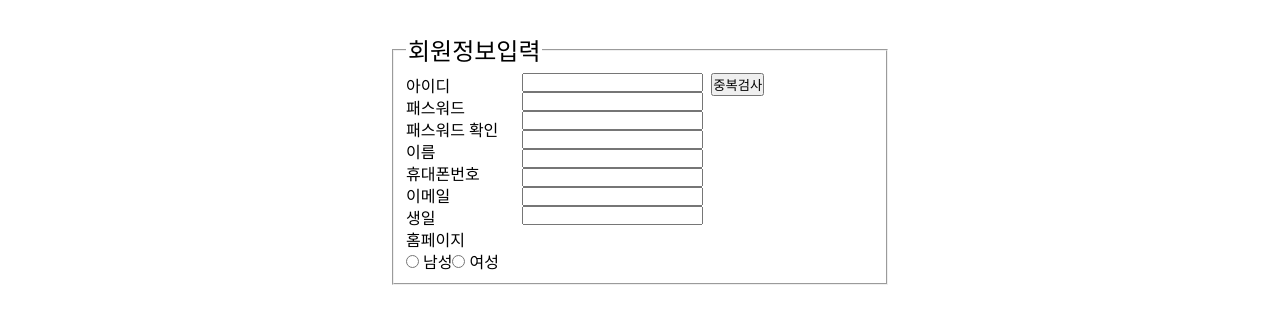
Repository: saysang22/servlet
Page: http://localhost/BookMarket/validationExample.jsp
These files come from the project's save history. The page is drawn as it stood at one moment and after the next save; the edit follows.
The browser window is 1280 px wide. The pictures show the whole page.
The page is served by Tomcat 10. Other server files are loaded and not shown.

Above is the page before, as saved 2024-05-31 08:07:19.
Console error: ReferenceError: signup is not defined

### BookMarket/src/main/webapp/validationExample.jsp
<%@ page language="java" contentType="text/html; charset=UTF-8"
    pageEncoding="UTF-8"%>
<!DOCTYPE html>
<html>
<head>
<meta charset="UTF-8">
<title>유효성 검사</title>
<link rel="stylesheet" href="./resources/css/validationExample.css"></link>
</head>
<body onload="signup.id.focus()">
	<form method="post" action="#" name="signUp">
		<fieldset>
			<legend>회원정보입력</legend>
			<div class="wrap">
				<ul class="firstUl">
					<li><label for="id">아이디</label></li>
					<li><label for="passwd">패스워드</label></li>
					<li><label for="passwdCk">패스워드 확인</label></li>
					<li><label for="name">이름</label></li>
					<li><label for="tel">휴대폰번호</label></li>
					<li><label for="email">이메일</label></li>
					<li><label for="birth">생일</label></li>
					<li><label for="home">홈페이지</label></li>
				</ul>
				<ul class="lastUl">
					<li><input type="text" name="id" id="id"></li>
					<li><input type="text" name="passwd" id="passwd"></li>
					<li><input type="text" name ="passwdCk" id="passwdCk"></li>
					<li><input type="text" name="name" id="name"></li>
					<li><input type="text" name="tel" id="tel"></li>
					<li><input type="text" name="email" id="email"></li>
					<li><input type="text" name="birth" id="birth"></li>
					<li><input type="text" name="home" id="home"></li>
				</ul>
				<div class="idCkWrap">
					<input type="button" value="중복검사">
				</div>
			</div>
			<div class="radioWrap">
				<ul>
					<li>
						<input type="radio" name="gender" id="man">
						<label for="man">남성</label>
					</li>
					<li>
						<input type="radio" name="gender" id="woman">
						<label for="woman">여성</label>
					</li>
				</ul>
			</div>
		</fieldset>
	</form>
</body>
</html>

### BookMarket/src/main/webapp/resources/css/validationExample.css
@charset "UTF-8";

form {
	width: 500px;
	margin: 2rem auto 0;
}

legend {
	font-size: 1.5rem;
}

input,
lable {
	padding: 0;
	margin: 0;
}

ul {
	list-style: none;
	padding: 0;
	margin: 0;

}

.wrap {
	display: flex;

}

.firstUl li{
	height: 22px;

}

.lastUl {
	margin: 0 0 0 1.5rem;
}

.idCkWrap {
	margin: 0 0 0 .5rem;

}

.radioWrap ul {
	display: flex;
}

After the next save:
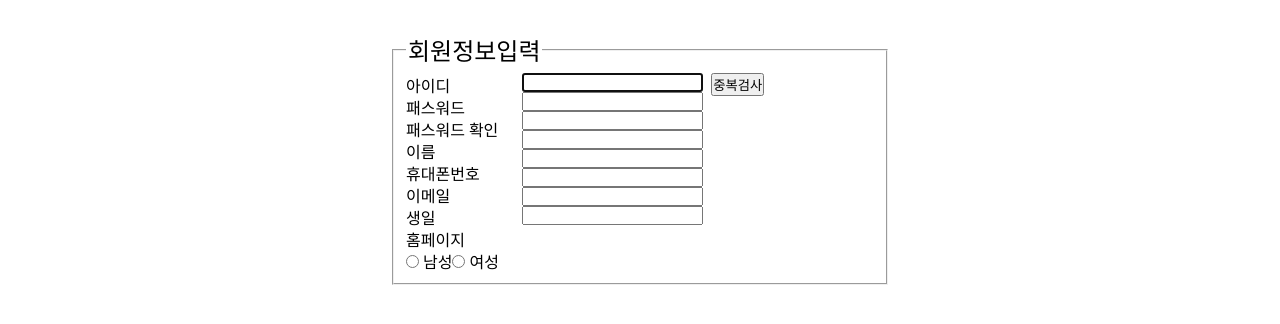
The error is gone.
Saved 9 s later.
--- a/BookMarket/src/main/webapp/validationExample.jsp
+++ b/BookMarket/src/main/webapp/validationExample.jsp
@@ -7,7 +7,7 @@
 <title>유효성 검사</title>
 <link rel="stylesheet" href="./resources/css/validationExample.css"></link>
 </head>
-<body onload="signup.id.focus()">
+<body onload="signUp.id.focus()">
 	<form method="post" action="#" name="signUp">
 		<fieldset>
 			<legend>회원정보입력</legend>
